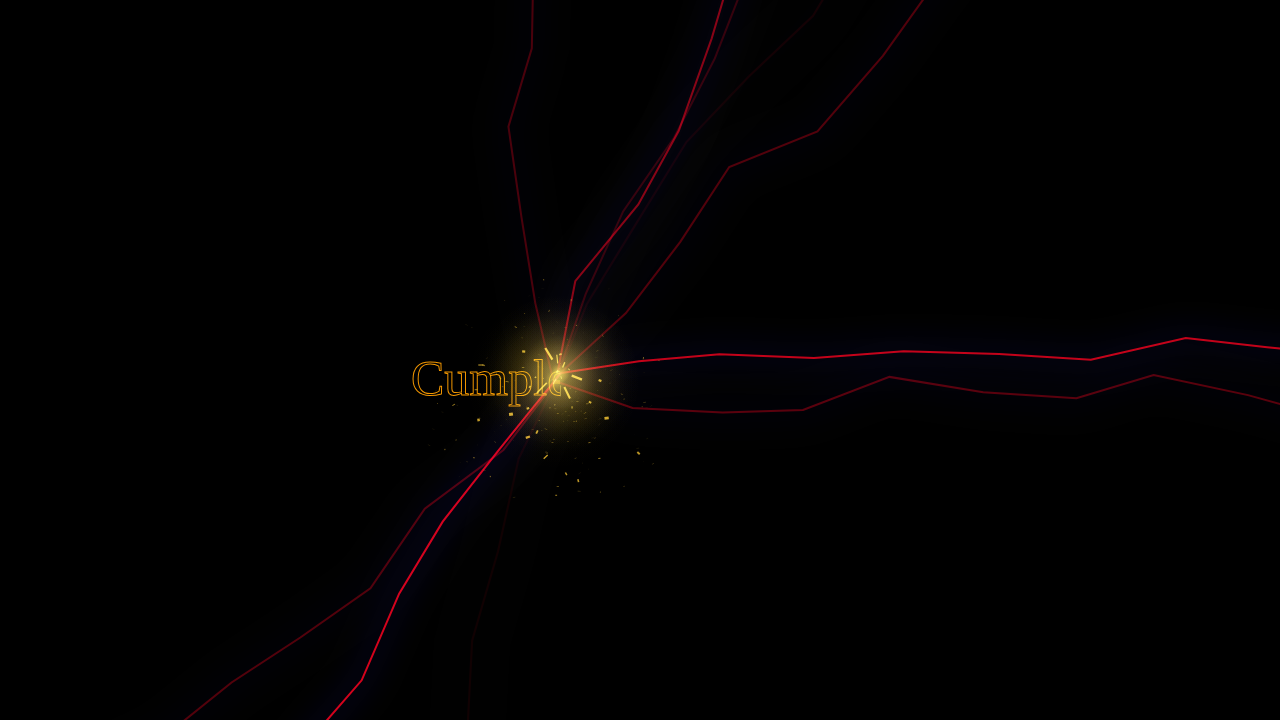
Repository: hosoya08/Raiki
Page: main.html
An editor plug-in stored every save of this project. The page is shown before and after the next save, followed by the edit.
The browser window is 1280 px wide. The pictures show the whole page.
Some web fonts or font styles are not loaded; a fallback is used.

Above is the page before, as saved 2025-03-25 23:57:37.

### main.html
<!DOCTYPE html>
<html lang="en">
<head>
    <meta charset="UTF-8">
    <meta name="viewport" content="width=device-width, initial-scale=1.0">
    <title>test</title>
    <link rel="stylesheet" href="main.css">
</head>
<body>

    <div class="page page-thunder-to-text">
        <input id="input" type="text" maxlength="24" placeholder="raiki" style="display:none;">
        <canvas id="canvas"></canvas>
    </div>

    <script src="script.js"></script>
</body>
</html>

### main.css
@import url("https://fonts.googleapis.com/css?family=Voltaire");
html,
body {
  background: #333;
  margin: 0;
  height: 100%;
  overflow: hidden;
}

#textFill {
  animation: alphaRandom 1s linear infinite;
}

#textGlow {
  animation: alphaRandom2 1s linear infinite;
}

@keyframes alphaRandom {
  0% {
    opacity: 0.8219337334;
  }
  10% {
    opacity: 0.9826474012;
  }
  20% {
    opacity: 0.8784141065;
  }
  30% {
    opacity: 0.7149556183;
  }
  40% {
    opacity: 0.9556301227;
  }
  50% {
    opacity: 0.7870307307;
  }
  60% {
    opacity: 0.8868483326;
  }
  70% {
    opacity: 0.9359252135;
  }
  80% {
    opacity: 0.7186274177;
  }
  90% {
    opacity: 0.9327301979;
  }
  100% {
    opacity: 0.837924936;
  }
}
@keyframes alphaRandom2 {
  0% {
    opacity: 0.7549817306;
  }
  10% {
    opacity: 0.7824141662;
  }
  20% {
    opacity: 0.7585337883;
  }
  30% {
    opacity: 0.7542422182;
  }
  40% {
    opacity: 0.7956797351;
  }
  50% {
    opacity: 0.8821569643;
  }
  60% {
    opacity: 0.9860754458;
  }
  70% {
    opacity: 0.9238546186;
  }
  80% {
    opacity: 0.99889331;
  }
  90% {
    opacity: 0.9833467613;
  }
  100% {
    opacity: 0.9734773483;
  }
}
.page-thunder-to-text {
  position: relative;
  overflow: hidden;
}
.page-thunder-to-text canvas {
  display: block;
}
.page-thunder-to-text input {
  position: absolute;
  bottom: 50px;
  left: 0;
  right: 0;
  display: block;
  outline: none;
  background-color: rgba(38, 50, 56, 0.2);
  color: #ffffff;
  border: none;
  width: 50%;
  min-width: 500px;
  max-width: 100%;
  margin: auto;
  height: 60px;
  line-height: 60px;
  font-size: 40px;
  padding: 0 20px;
}
.page-thunder-to-text input:hover, .page-thunder-to-text input:focus {
  border: 1px solid rgba(38, 50, 56, 0.6);
}
.page-thunder-to-text input::-webkit-input-placeholder {
  color: rgba(255, 255, 255, 0.1);
}/*# sourceMappingURL=main_20250325233303.css.map */

### script.js
let canvas, ctx, w, h, thunder, text, particles, input

function Thunder(options) {
  options = options || {}
  this.lifespan = options.lifespan || Math.round(Math.random() * 10 + 10)
  this.maxlife = this.lifespan
  this.color = options.color || "#e60012"
  this.glow = options.glow || "#2323fe"
  this.x = options.x || Math.random() * w
  this.y = options.y || Math.random() * h
  this.width = options.width || 2
  this.direct = options.direct || Math.random() * Math.PI * 2
  this.max = options.max || Math.round(Math.random() * 10 + 20)
  this.segments = [...new Array(this.max)].map(() => {
    return {
      direct: this.direct + (Math.PI * Math.random() * 0.2 - 0.1),
      length: Math.random() * 20 + 80,
      change: Math.random() * 0.04 - 0.02,
    }
  })

  this.update = function (index, array) {
    this.segments.forEach((s) => {
      ;(s.direct += s.change) && Math.random() > 1 && (s.change *= -1)
    })
    ;(this.lifespan > 0 && this.lifespan--) || this.remove(index, array)
  }

  this.render = function (ctx) {
    if (this.lifespan <= 0) return
    ctx.beginPath()
    ctx.globalAlpha = this.lifespan / this.maxlife
    ctx.strokeStyle = this.color
    ctx.lineWidth = this.width
    ctx.shadowBlur = 32
    ctx.shadowColor = this.glow
    ctx.moveTo(this.x, this.y)
    let prev = { x: this.x, y: this.y }
    this.segments.forEach((s) => {
      const x = prev.x + Math.cos(s.direct) * s.length
      const y = prev.y + Math.sin(s.direct) * s.length
      prev = { x: x, y: y }
      ctx.lineTo(x, y)
    })
    ctx.stroke()
    ctx.closePath()
    ctx.shadowBlur = 0
    const strength = Math.random() * 80 + 40
    const light = ctx.createRadialGradient(this.x, this.y, 0, this.x, this.y, strength)
    light.addColorStop(0, "rgba(250, 200, 50, 0.6)")
    light.addColorStop(0.1, "rgba(250, 200, 50, 0.2)")
    light.addColorStop(0.4, "rgba(250, 200, 50, 0.06)")
    light.addColorStop(0.65, "rgba(250, 200, 50, 0.01)")
    light.addColorStop(0.8, "rgba(250, 200, 50, 0)")
    ctx.beginPath()
    ctx.fillStyle = light
    ctx.arc(this.x, this.y, strength, 0, Math.PI * 2)
    ctx.fill()
    ctx.closePath()
  }

  this.remove = function (index, array) {
    array.splice(index, 1)
  }
}

function Spark(options) {
  options = options || {}
  this.x = options.x || w * 0.5
  this.y = options.y || h * 0.5
  this.v = options.v || { direct: Math.random() * Math.PI * 2, weight: Math.random() * 14 + 2, friction: 0.88 }
  this.a = options.a || { change: Math.random() * 0.4 - 0.2, min: this.v.direct - Math.PI * 0.4, max: this.v.direct + Math.PI * 0.4 }
  this.g = options.g || { direct: Math.PI * 0.5 + (Math.random() * 0.4 - 0.2), weight: Math.random() * 0.25 + 0.25 }
  this.width = options.width || Math.random() * 3
  this.lifespan = options.lifespan || Math.round(Math.random() * 20 + 40)
  this.maxlife = this.lifespan
  this.color = options.color || "#feca32"
  this.prev = { x: this.x, y: this.y }

  this.update = function (index, array) {
    this.prev = { x: this.x, y: this.y }
    this.x += Math.cos(this.v.direct) * this.v.weight
    this.x += Math.cos(this.g.direct) * this.g.weight
    this.y += Math.sin(this.v.direct) * this.v.weight
    this.y += Math.sin(this.g.direct) * this.g.weight
    this.v.weight > 0.2 && (this.v.weight *= this.v.friction)
    this.v.direct += this.a.change
    ;(this.v.direct > this.a.max || this.v.direct < this.a.min) && (this.a.change *= -1)
    this.lifespan > 0 && this.lifespan--
    this.lifespan <= 0 && this.remove(index, array)
  }

  this.render = function (ctx) {
    if (this.lifespan <= 0) return
    ctx.beginPath()
    ctx.globalAlpha = this.lifespan / this.maxlife
    ctx.strokeStyle = this.color
    ctx.lineWidth = this.width
    ctx.moveTo(this.x, this.y)
    ctx.lineTo(this.prev.x, this.prev.y)
    ctx.stroke()
    ctx.closePath()
  }

  this.remove = function (index, array) {
    array.splice(index, 1)
  }
}

function Particles(options) {
  options = options || {}
  this.max = options.max || Math.round(Math.random() * 10 + 10)
  this.sparks = [...new Array(this.max)].map(() => new Spark(options))

  this.update = function () {
    this.sparks.forEach((s, i) => s.update(i, this.sparks))
  }

  this.render = function (ctx) {
    this.sparks.forEach((s) => s.render(ctx))
  }
}

function Text(options) {
  options = options || {}
  const pool = document.createElement("canvas")
  const buffer = pool.getContext("2d")
  pool.width = w
  buffer.fillStyle = "#000000"
  buffer.fillRect(0, 0, pool.width, pool.height)

  this.size = options.size || 50
  this.copy = (options.copy || `Hello!`) + " "
  this.color = options.color || "#f39700"
  this.delay = options.delay || 2
  this.basedelay = this.delay
  buffer.font = `${this.size}px Comic Sans MS`
  this.bound = buffer.measureText(this.copy)
  this.bound.height = this.size * 1.5
  this.x = options.x || w * 0.5 - this.bound.width * 0.5
  this.y = options.y || h * 0.5 - this.size * 0.5

  buffer.strokeStyle = this.color
  buffer.strokeText(this.copy, 0, this.bound.height * 0.8)
  this.data = buffer.getImageData(0, 0, this.bound.width, this.bound.height)
  this.index = 0

  this.update = function () {
    if (this.index >= this.bound.width) return;
    const data = this.data.data
    for (let i = this.index * 4; i < data.length; i += 4 * this.data.width) {
      const bitmap = data[i] + data[i + 1] + data[i + 2] + data[i + 3]
      if (bitmap > 255 && Math.random() > 0.96) {
        const x = this.x + this.index
        const y = this.y + i / this.bound.width / 4
        thunder.push(
          new Thunder({
            x: x,
            y: y,
          })
        )
        Math.random() > 0.5 &&
          particles.push(
            new Particles({
              x: x,
              y: y,
            })
          )
      }
    }
    if (this.delay-- < 0) {
      this.index++
      this.delay += this.basedelay
    }
  }

  this.render = function (ctx) {
    ctx.putImageData(this.data, this.x, this.y, 0, 0, this.index, this.bound.height)
  }
}

function loop() {
  update()
  render()
 // すべての文字が表示され、雷と火花も消滅したらループ終了
 const textFinished = text.index >= text.bound.width;
 const animationFinished = thunder.length === 0 && particles.length === 0;

 if (!textFinished || !animationFinished) {
     requestAnimationFrame(loop);
 } else {
     console.log('アニメーション完了');
 }
}

function update() {
  text.update()
  thunder.forEach((l, i) => l.update(i, thunder)) // 雷の演出（繰り返し処理
  particles.forEach((p) => p.update()) //火花の演出（繰り返し処理
}

function render() {
  ctx.globalCompositeOperation = "source-over"
  ctx.globalAlpha = 1
  ctx.fillStyle = "#000000"
  ctx.fillRect(0, 0, w, h)
  //
  ctx.globalCompositeOperation = "screen"
  text.render(ctx)
  thunder.forEach((l) => l.render(ctx))
  particles.forEach((p) => p.render(ctx))
}

;(function () {
  //
  canvas = document.getElementById("canvas")
  input = document.getElementById("input")
  ctx = canvas.getContext("2d")
  w = window.innerWidth
  h = window.innerHeight
  canvas.width = w
  canvas.height = h
  thunder = []
  particles = []
  //
  text = new Text({
    copy: "Cumpleaño de Raiki!!",
  })

  canvas.addEventListener("click", (e) => {
    const x = e.clientX
    const y = e.clientY
    thunder.push(
      new Thunder({
        x: x,
        y: y,
      })
    )
    particles.push(
      new Particles({
        x: x,
        y: y,
      })
    )
  })
  let cb = 0
  input.addEventListener("keyup", (e) => {
    clearTimeout(cb)
    cb = setTimeout(() => {
      text = new Text({
        copy: input.value,
      })
    }, 300)
  })
  //
  loop()
})()

After the next save:
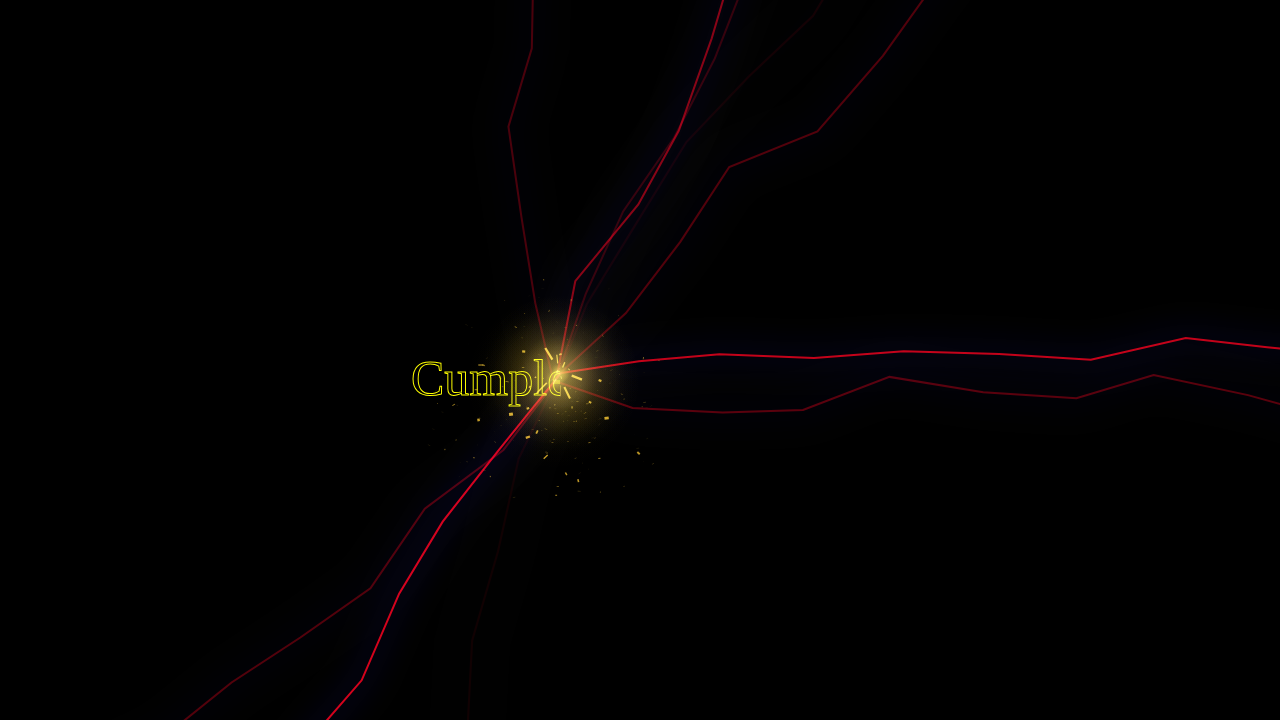
Saved 66 s later.
--- a/script.js
+++ b/script.js
@@ -131,7 +131,7 @@ function Text(options) {
 
   this.size = options.size || 50
   this.copy = (options.copy || `Hello!`) + " "
-  this.color = options.color || "#f39700"
+  this.color = options.color || "#ffff00"
   this.delay = options.delay || 2
   this.basedelay = this.delay
   buffer.font = `${this.size}px Comic Sans MS`
